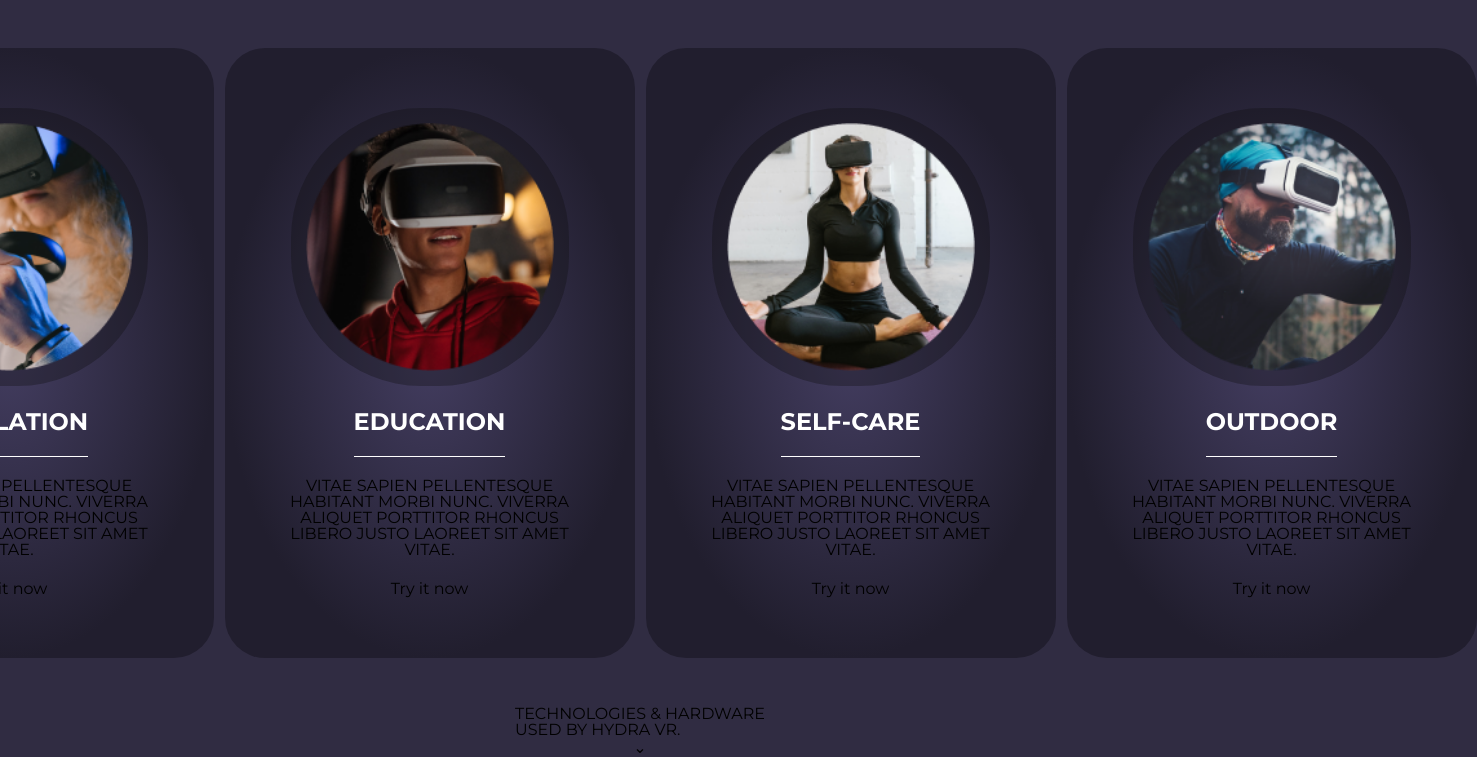
Repository: xMargi/Hydra-LandingPage
Page: index.html
These files come from the project's save history. The page is drawn as it stood at one moment and after the next save; the edit follows.
The browser window is 1280 px wide. The page is 1477 px wide, so the pictures cover 1477 px, including what lies to the right of the window. The pictures show the whole page.

Above is the page before, as saved 2023-06-07 20:30:46.

### index.html
    <!DOCTYPE html>
    <html lang="pt-br">
    <head>
        <meta charset="UTF-8">
        <meta http-equiv="X-UA-Compatible" content="IE=edge">
        <meta name="viewport" content="width=device-width, initial-scale=1.0">
        <title>Hydra - Landing Page</title>
        <link rel="stylesheet" href="./reset.css">
        <link rel="stylesheet" href="./style.css">
    </head>
    <body>
        <div class="cartoes">
            <div class="cartao">
                <img src="./assets/1.png" alt="Mulher jogando em realidade virtual" class="cartao__img">
                <h1 class="cartao__titulo">Simulation</h1>
                <p class="cartao__paragrafo">Vitae sapien pellentesque habitant morbi
                nunc. Viverra aliquet porttitor rhoncus
                libero justo laoreet sit amet vitae.</p>
                <button class="cartao__button">Try it now</button>
            </div>
            <div class="cartao">
                <img src="./assets/2.png" alt="Homem usando um óculos de realidade virtual" class="cartao__img">
                <h1 class="cartao__titulo">Education</h1>
                <p class="cartao__paragrafo">Vitae sapien pellentesque habitant morbi
                nunc. Viverra aliquet porttitor rhoncus
                libero justo laoreet sit amet vitae.</p>
                <button class="cartao__button">Try it now</button>
            </div>
            <div class="cartao">
                <img src="./assets/3.png" alt="Mulher meditando com óculos de realidade virtual" class="cartao__img">
                <h1 class="cartao__titulo">Self-Care</h1>
                <p class="cartao__paragrafo">Vitae sapien pellentesque habitant morbi
                nunc. Viverra aliquet porttitor rhoncus
                libero justo laoreet sit amet vitae.</p>
                <button class="cartao__button">Try it now</button>
            </div>
            <div class="cartao">
                <img src="./assets/4.png" alt="Homem fazendo exercicíos utilizando um óculos de realidade virtual" class="cartao__img">
                <h1 class="cartao__titulo">Outdoor</h1>
                <p class="cartao__paragrafo">Vitae sapien pellentesque habitant morbi
                nunc. Viverra aliquet porttitor rhoncus
                libero justo laoreet sit amet vitae.</p>
                <button class="cartao__button">Try it now</button>
            </div>
        </div>
        <div class="container__imagem">
            <h1 class="imagem__titulo">Technologies & Hardware</h1>
            <p class="imagem__paragrafo">Used by hydra vr.</p>
        </div>
        <button class="botao__baixo">&#8964</button>
        <script src="./script.js"></script>
    </body>
    </html>

### style.css
@import url('https://fonts.googleapis.com/css2?family=Montserrat:wght@300;400;700&display=swap');

:root{

    --fonte: 'Montserrat', sans-serif;
    --cor-fundo: #302C42;
    --cor-cartao: radial-gradient(50% 50% at 50% 50%, #433D60 0%, #211E2E 100%);
    --cor-button: linear-gradient(90deg, #8176AF 0%, #C0B7E8 100%);
    --cor-branca: #FFFFFF;
    --cor-texto: #343045;
    --cor-sombra: rgba(14, 14, 14, 0.32);
    --weight: 400;

}

body{
    box-sizing: border-box;
    background: var(--cor-fundo);
    display: flex;
    align-items: center;
    flex-direction: column;
    font-family: var(--fonte);
    font-weight: var(--weight);
    text-transform: uppercase;

}

.cartoes{
    margin:3rem 5.4375rem;
    display: flex;
    gap: 0.6875rem;

}

.cartao{
    background: var(--cor-cartao);
    display: flex;
    flex-direction: column;
    gap: 1.3125rem;
    align-items: center;
    justify-content: center;
    text-align: center;
    padding: 3.125rem;
    border-radius: 2.5rem;
    height: 31.875rem;
    width: 19.375rem;
}

.cartao__img{
    background: var(--cor-sombra);
    border-radius: 8.125rem;
    padding: 0.9375rem;
    width: 80%;
}

.cartao__titulo{

    color: var(--cor-branca);
    font-weight: 700;
    font-size: 24px;
    line-height: 30px;
    padding-bottom: 19.5px;
    border-bottom: 1px solid var(--cor-branca);

}

Loaded but not shown: main/reset.css (common file); script.js (no copy from this time; the picture is the same without it)

After the next save:
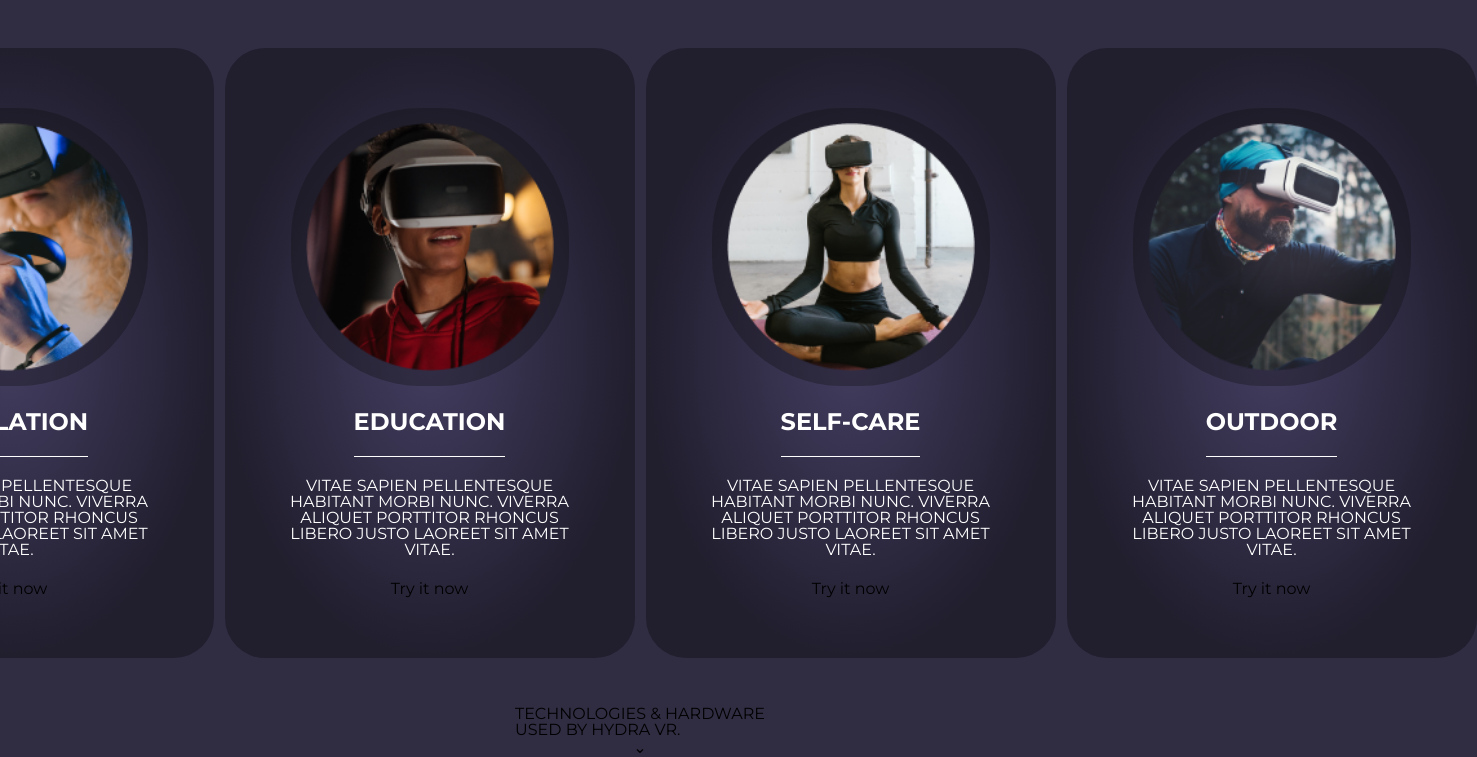
Saved 45 s later.
--- a/style.css
+++ b/style.css
@@ -61,5 +61,10 @@ body{
     line-height: 30px;
     padding-bottom: 19.5px;
     border-bottom: 1px solid var(--cor-branca);
+}
+
+.cartao__paragrafo{
+
+    color: var(--cor-branca);
 
 }
